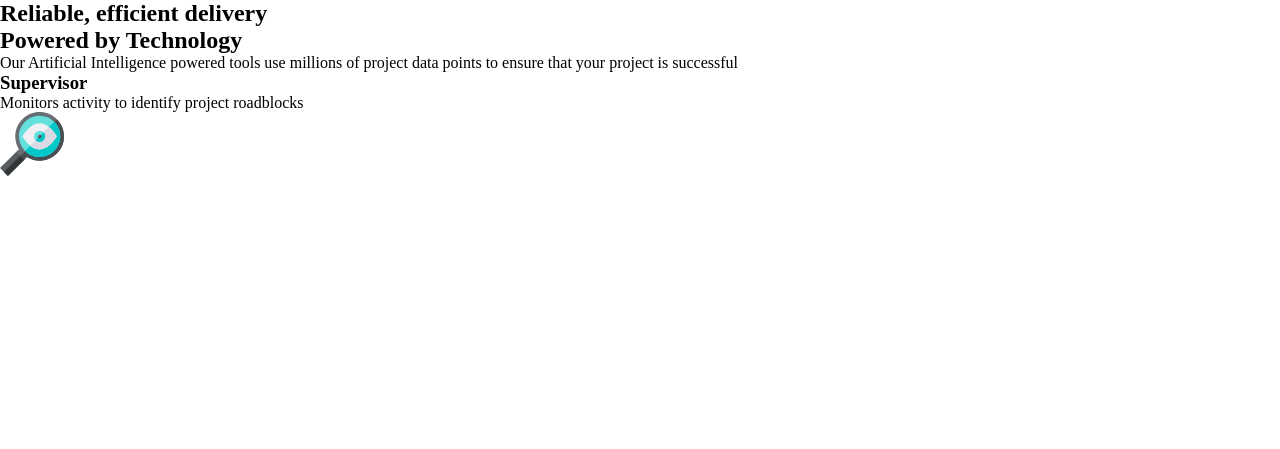
Repository: brandontaylor1/four-card-feature
Page: index.html
The author's editor kept a copy of each file at every save. The page is drawn from the files as they stood at one save, then again after the next save.
The browser window is 1280 px wide. The pictures show the whole page.

Above is the page before, as saved 2025-01-09 22:20:08.

### index.html
<!DOCTYPE html>
<html lang="en">
<head>
    <meta charset="UTF-8">
    <meta name="viewport" content="width=device-width, initial-scale=1.0">
    <link rel="preconnect" href="https://fonts.googleapis.com">
    <link rel="preconnect" href="https://fonts.gstatic.com" crossorigin>
    <link href="https://fonts.googleapis.com/css2?family=Poppins:ital,wght@0,100;0,200;0,300;0,400;0,500;0,600;0,700;0,800;0,900;1,100;1,200;1,300;1,400;1,500;1,600;1,700;1,800;1,900&display=swap" rel="stylesheet">
    <link rel="stylesheet" href="styles.css">
    <title>Four Card Feature</title>
</head>
<body>
    <main class="container">
        <section class="page content">
            <h1>Reliable, efficient delivery</h1>
            <h2>Powered by Technology</h2>
            <p>Our Artificial Intelligence powered tools use millions of project data points to ensure that your project is successful</p>
        </section>
        <section class="card-container">
            <div class="card-column">
                <div class="card">
                    <h3>Supervisor</h3>
                    <p>Monitors activity to identify project roadblocks</p>
                    <img src="./assets/images/icon-supervisor.svg" alt="Supervisor Icon">
                </div>
            </div>
        </section>
    </main>

</body>
</html>

### styles.css
* {
    margin: 0;
    padding: 0;
    box-sizing: border-box;
}

:root {
    --primary-red: hsl(0, 78%, 62%);
    --primary-cyan: hsl(180, 62%, 55%);
    --primary-orange: hsl(34, 97%, 64%);
    --primary-blue: hsl(212, 86%, 64%);

    --secondary-dark-blue: hsl(234, 12%, 34%);
    --secondary-grayish-blue: hsl(229, 6%, 66%);
    --secondary-light-gray: hsl(0, 0%, 98%);
}

After the next save:
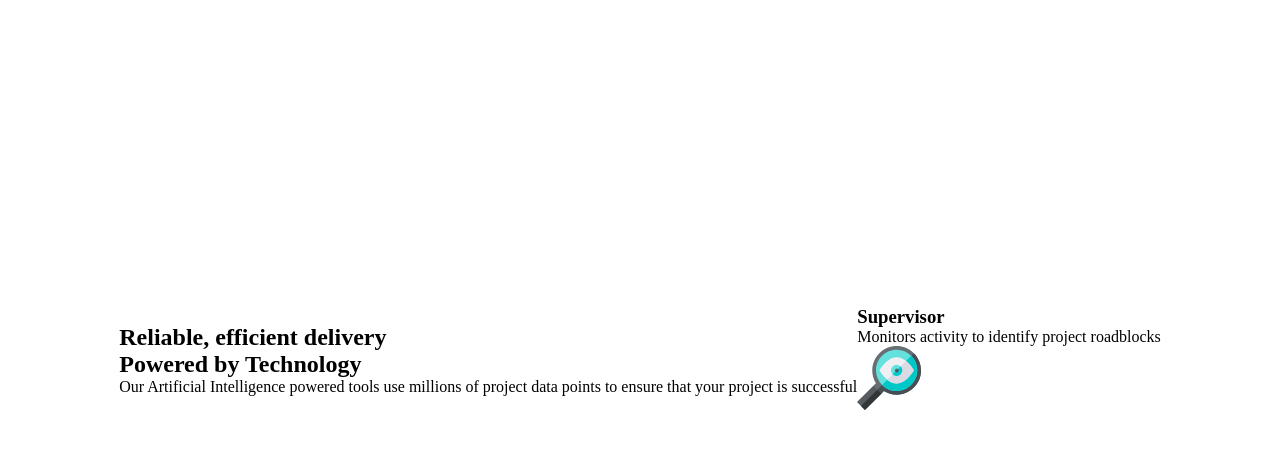
Saved 36 s later.
--- a/styles.css
+++ b/styles.css
@@ -14,3 +14,10 @@
     --secondary-grayish-blue: hsl(229, 6%, 66%);
     --secondary-light-gray: hsl(0, 0%, 98%);
 }
+
+.container {
+    height: 100vh;
+    display: flex;
+    align-items: center;
+    justify-content: center;
+}
